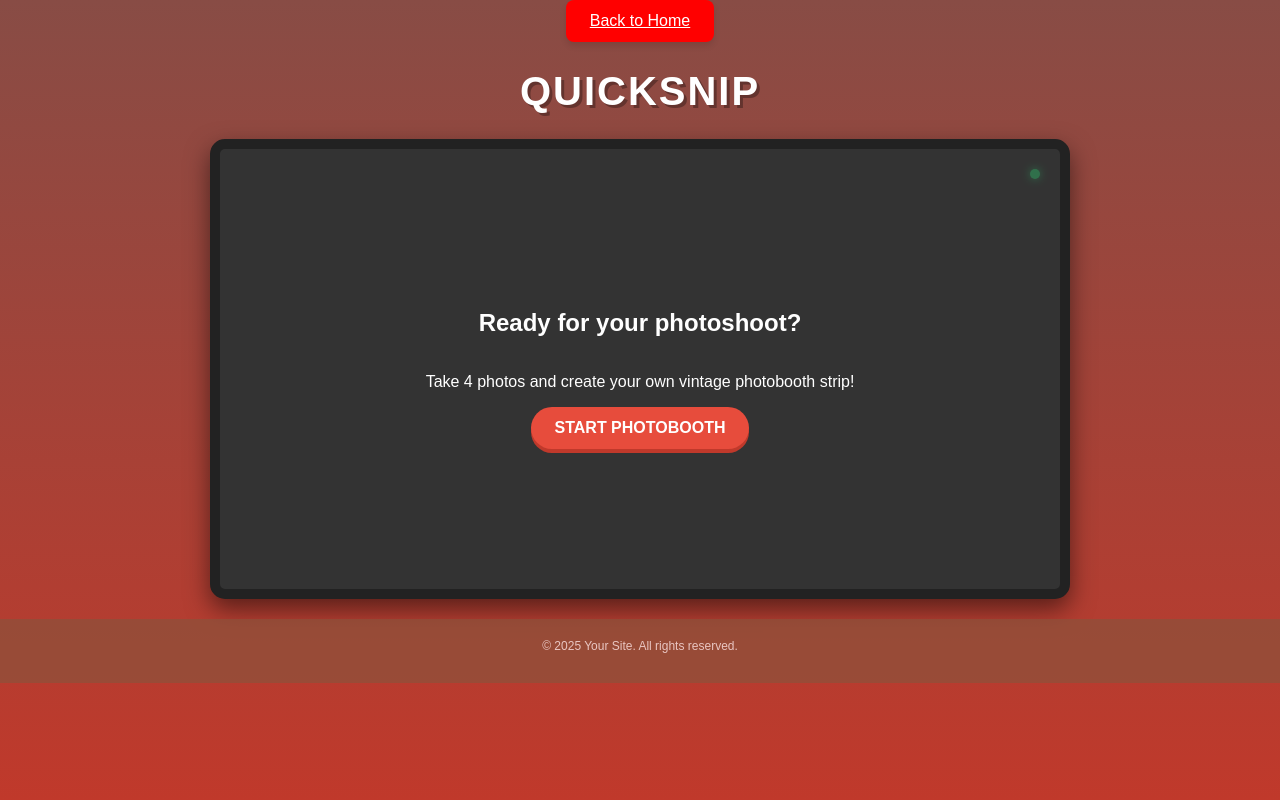
Repository: Strawb3rryjam/QuickSnip
Page: photobooth.html
These files come from the project's save history. The page is drawn as it stood at one moment and after the next save; the edit follows.
The browser window is 1280 px wide. The pictures show the whole page.
Some web fonts or font styles are not loaded; a fallback is used.

Above is the page before, as saved 2025-05-09 11:07:05.

### photobooth.html
<!DOCTYPE html>
<html lang="en">

<head>
    <meta charset="UTF-8">
    <meta name="viewport" content="width=device-width, initial-scale=1.0">
    <title>Retro Photobooth</title>
    <link rel="stylesheet" href="styles.css">

    <!--Font-->
    <link rel="preconnect" href="https://fonts.googleapis.com">
    <link rel="preconnect" href="https://fonts.gstatic.com" crossorigin>
    <link href="https://fonts.googleapis.com/css2?family=Titan+One&display=swap" rel="stylesheet">
</head>

<body>
    <a href="index.html" id="home" class="button">Back to Home</a>


    <h1>QUICKSNIP</h1>
    <div class="container">
        <div class="retro-light"></div>

        <div class="start-screen" id="startScreen">

            <h2>Ready for your photoshoot?</h2>
            <p>Take 4 photos and create your own vintage photobooth strip!</p>
            <button id="startButton">Start Photobooth</button>
        </div>

        <div class="camera-container" id="cameraContainer">
            <video id="camera" autoplay playsinline></video>
            <div class="countdown" id="countdown"></div>
            <div class="flash" id="flash"></div>
            <div class="loading-message" id="loadingMessage">Initializing camera...</div>
        </div>



        <div class="controls" id="cameraControls" style="display: none;">
            <button id="captureButton">Take Photos</button>
        </div>

        <div class="photostrip-container" id="photostripContainer">
            <div class="photostrip" id="photostrip">
                <div class="photostrip-branding">Retro Photobooth - April 28, 2025</div>
            </div>

            <div class="editor-tools">
                <div>
                    <h3>Border Color</h3>
                    <div class="color-picker" id="colorPicker">
                        <div class="color selected" style="background-color: white;" data-color="white"></div>
                        <div class="color" style="background-color: #ffcc00;" data-color="#ffcc00"></div>
                        <div class="color" style="background-color: #ff6b6b;" data-color="#ff6b6b"></div>
                        <div class="color" style="background-color: #48dbfb;" data-color="#48dbfb"></div>
                        <div class="color" style="background-color: #1dd1a1;" data-color="#1dd1a1"></div>
                        <div class="color" style="background-color: #f368e0;" data-color="#f368e0"></div>
                        <div class="color" style="background-color: #ff9f43;" data-color="#ff9f43"></div>
                        <div class="color" style="background-color: black;" data-color="black"></div>
                    </div>
                </div>

                <div>
                    <h3>Add Stickers</h3>
                    <div class="stickers" id="stickerPicker">
                        <div class="sticker">⭐</div>
                        <div class="sticker">❤️</div>
                        <div class="sticker">🌈</div>
                        <div class="sticker">😎</div>
                        <div class="sticker">🎉</div>
                        <div class="sticker">✨</div>
                        <div class="sticker">💯</div>
                        <div class="sticker">🔥</div>
                        <div class="sticker">👑</div>
                        <div class="sticker">🦄</div>
                    </div>
                </div>

                <button id="downloadButton">Download Photostrip</button>
                <button id="resetButton">Take New Photos</button>
            </div>
        </div>
    </div>

    <footer id="copyright">
        © 2025 Your Site. All rights reserved.
    </footer>

    <script src="https://cdnjs.cloudflare.com/ajax/libs/html2canvas/1.4.1/html2canvas.min.js"></script>
    <script src="scripts.js"></script>
    <script src="https://cdnjs.cloudflare.com/ajax/libs/html2canvas/1.4.1/html2canvas.min.js"></script>

</body>

</html>

### styles.css


body {
  font-family: 'titan-one-regular', sans-serif;
  background-color: #f0f0f0;
  margin: 0;
  padding: 0;
  padding-bottom: 80px;
  display: flex;
  flex-direction: column;
  align-items: center;
  min-height: 100vh;
  background-image: linear-gradient(to bottom, #884c45, #c0392b);
  color: white;
  text-align: center;
}

h1 {
  font-family: 'titan-one-regular', sans-serif;
  letter-spacing: 2px;
  font-size: 2.5rem;
  text-shadow: 3px 3px 0px rgba(0, 0, 0, 0.3);
  margin-bottom: 5px;
}


.photobooth-exterior {
  position: relative;
  width: 100vw;
  height: 100vh;
  overflow: hidden;
  display: flex;
  justify-content: center;
  align-items: center;
}



.entrance {
  position: absolute;
  top: 0;
  left: 0;
  width: 100%;
  height: 100%;
  object-fit: cover;
  object-position: center;
  z-index: -1;
}




#curtain {
  position: absolute;
  width: 20vw; /* Responsive width */
  height: 428px; /* Let it scale proportionally */
  left: 50%; /* Center-ish position */
  top: 35%;  /* Adjust as needed */
  transform: translate(-30%, -14%); /* Centers the image on its position point */
  object-fit: contain;
  cursor: pointer;
  z-index: 1; /* Above entrance image */
}


#home {
  background-color: red;
  color: white;
  border: none;
  padding: 12px 24px;
  border-radius: 8px;
  font-size: 16px;
  cursor: pointer;
  transition: background-color 0.3s ease;
  box-shadow: 0 4px 6px rgba(0, 0, 0, 0.1);
}

#home:hover {
  background-color: #e60000;
}




.container {
  max-width: 800px;
  width: 95%;
  background-color: #333;
  border-radius: 15px;
  padding: 20px;
  box-shadow: 0 10px 25px rgba(0, 0, 0, 0.5);
  margin: 20px 0;
  border: 10px solid #222;
  position: relative;
}

.start-screen {
  display: flex;
  flex-direction: column;
  align-items: center;
  justify-content: center;
  height: 400px;
}

.camera-container {
  position: relative;
  margin: 0 auto;
  width: 100%;
  max-width: 640px;
  border-radius: 8px;
  overflow: hidden;
  display: none;
}

#camera {
  width: 100%;
  height: auto;
  background-color: #222;
  border-radius: 8px;
  transform: scaleX(-1);
}

.controls {
  margin-top: 20px;
  display: flex;
  justify-content: center;
  flex-wrap: wrap;
  gap: 10px;
}

button {
  background-color: #e74c3c;
  color: white;
  border: none;
  padding: 12px 24px;
  font-size: 16px;
  border-radius: 30px;
  cursor: pointer;
  transition: all 0.3s;
  font-weight: bold;
  box-shadow: 0 4px 0 #c0392b;
  text-transform: uppercase;
}

button:hover {
  background-color: #c0392b;
  box-shadow: 0 2px 0 #9e2a1e;
  transform: translateY(2px);
}

button:active {
  transform: translateY(4px);
  box-shadow: none;
}

button:disabled {
  background-color: #999;
  box-shadow: none;
  cursor: not-allowed;
}

.countdown {
  position: absolute;
  top: 50%;
  left: 50%;
  transform: translate(-50%, -50%);
  font-size: 8rem;
  color: white;
  text-shadow: 0 0 10px #000;
  opacity: 0.8;
  display: none;
}

.flash {
  position: absolute;
  top: 0;
  left: 0;
  width: 100%;
  height: 100%;
  background-color: white;
  opacity: 0;
  transition: opacity 0.1s;
}

.photostrip-container {
  display: none;
  flex-direction: column;
  align-items: center;
  width: 100%;
}

.photostrip {
  display: flex;
  flex-direction: column;
  gap: 10px;
  background-color: white;
  padding: 20px;
  width: 240px;
  border-radius: 5px;
  box-shadow: 0 0 10px rgba(0,0,0,0.5);
  margin-bottom: 20px;
  position: relative;
}

.photostrip img {
  width: 100%;
  height: auto;
  border: 1px solid #ddd;
}

.photostrip-branding {
  color: #333;
  font-size: 12px;
  margin-top: 10px;
  text-align: center;
  font-family: 'Courier New', monospace;
}

.editor-tools {
  display: flex;
  flex-wrap: wrap;
  justify-content: center;
  gap: 10px;
  margin-top: 20px;
  width: 100%;
}

.color-picker {
  display: flex;
  flex-wrap: wrap;
  justify-content: center;
  gap: 5px;
  margin-bottom: 15px;
}

.color {
  width: 30px;
  height: 30px;
  border-radius: 50%;
  cursor: pointer;
  border: 2px solid transparent;
  transition: transform 0.2s;
}

.color:hover {
  transform: scale(1.2);
}

.color.selected {
  border: 2px solid white;
  box-shadow: 0 0 5px rgba(0,0,0,0.5);
}

.stickers {
  display: flex;
  flex-wrap: wrap;
  justify-content: center;
  gap: 10px;
  margin-bottom: 15px;
}

.sticker {
  font-size: 24px;
  cursor: pointer;
  background-color: rgba(255, 255, 255, 0.2);
  border-radius: 5px;
  padding: 5px;
  transition: transform 0.2s;
}

.sticker:hover {
  transform: scale(1.2);
}

.draggable-sticker {
  position: absolute;
  cursor: move;
  user-select: none;
  font-size: 24px;
}

.retro-light {
  position: absolute;
  width: 10px;
  height: 10px;
  background-color: #2ecc71;
  border-radius: 50%;
  top: 20px;
  right: 20px;
  box-shadow: 0 0 10px #2ecc71;
  animation: blink 2s infinite;
}

@keyframes blink {
  0%, 100% { opacity: 1; }
  50% { opacity: 0.4; }
}

.loading-message {
  font-size: 1.2rem;
  margin-bottom: 20px;
  animation: pulse 1.5s infinite;
}

@keyframes pulse {
  0%, 100% { opacity: 1; }
  50% { opacity: 0.5; }
}

#copyright {
  font-size: 12px;
  opacity: 0.7;
  text-align: center;
  background-color: #8C523B;
  padding: 20px 0 30px;
  width: 100%;
}


/* Photostrip printing animation */
@keyframes slideDown {
  0% {
    transform: translateY(-100%);
    filter: brightness(0);
  }
  30% {
    transform: translateY(0);
    filter: brightness(0);
  }
  100% {
    transform: translateY(0);
    filter: brightness(1);
  }
}

.photostrip {
  display: flex;
  flex-direction: column;
  gap: 10px;
  background-color: white;
  padding: 20px;
  width: 240px;
  border-radius: 5px;
  box-shadow: 0 0 10px rgba(0,0,0,0.5);
  margin-bottom: 20px;
  position: relative;
}

.photostrip.printing {
  animation: slideDown 3s ease-out forwards;
}

.photostrip.printing img {
  opacity: 0;
  animation: fadeIn 0.5s ease-out forwards;
}

/* Different delay for each photo to create sequential revealing effect */
.photostrip.printing img:nth-child(1) {
  animation-delay: 1.2s;
}

.photostrip.printing img:nth-child(2) {
  animation-delay: 1.7s;
}

.photostrip.printing img:nth-child(3) {
  animation-delay: 2.2s;
}

.photostrip.printing img:nth-child(4) {
  animation-delay: 2.7s;
}

.photostrip-branding.printing {
  opacity: 0;
  animation: fadeIn 0.5s ease-out forwards;
  animation-delay: 3s;
}

@keyframes fadeIn {
  from { opacity: 0; }
  to { opacity: 1; }
}

/* Printer sound effect styles */
.printer-sound {
  display: none;
}

/* Printing overlay effect */
.printing-overlay {
  position: fixed;
  top: 0;
  left: 0;
  width: 100%;
  height: 100%;
  background-color: rgba(0, 0, 0, 0.7);
  display: flex;
  justify-content: center;
  align-items: center;
  z-index: 1000;
  opacity: 0;
  pointer-events: none;
  transition: opacity 0.5s ease;
}

.printing-overlay.active {
  opacity: 1;
  pointer-events: auto;
}

.printing-message {
  font-size: 2rem;
  color: white;
  text-align: center;
  animation: pulse 1.5s infinite;
}

### scripts.js
document.addEventListener("DOMContentLoaded", () => {
  // DOM Elements
  const curtain = document.getElementById("curtain");

  if (curtain) {
    const frames = [
      "assets/curtain1.svg",
      "assets/curtain2.svg",
      "assets/curtain3.svg",
      "assets/curtain4.svg",
    ];

    let interval = 0;

    function animateCurtain(forward = true) {
      let index = forward ? 0 : frames.length - 1;
      clearInterval(interval);
      interval = setInterval(() => {
        curtain.src = frames[index];
        index = forward ? index + 1 : index - 1;
        if (index < 0 || index >= frames.length) clearInterval(interval);
      }, 100);
    }

    curtain.addEventListener("mouseenter", () => animateCurtain(true));
    curtain.addEventListener("mouseleave", () => animateCurtain(false));

    // 👉 Navigate to photobooth.html on click
    curtain.addEventListener("click", () => {
      window.location.href = "photobooth.html";
    });
  } else {
    console.error("Curtain element not found!");
  }

  // back to home button
  const homeButton = document.getElementById("home");
  if (homeButton) {
    homeButton.addEventListener("click", () => {
      window.location.href = "index.html";
    });
  }

  const startScreen = document.getElementById("startScreen");
  const cameraContainer = document.getElementById("cameraContainer");
  const camera = document.getElementById("camera");
  const captureButton = document.getElementById("captureButton");
  const startButton = document.getElementById("startButton");
  const cameraControls = document.getElementById("cameraControls");
  const countdown = document.getElementById("countdown");
  const flash = document.getElementById("flash");
  const photostripContainer = document.getElementById("photostripContainer");
  const photostrip = document.getElementById("photostrip");
  const downloadButton = document.getElementById("downloadButton");
  const resetButton = document.getElementById("resetButton");
  const colorPicker = document.getElementById("colorPicker");
  const stickerPicker = document.getElementById("stickerPicker");
  const loadingMessage = document.getElementById("loadingMessage");

  // App State
  let stream = null;
  let photosTaken = 0;
  const maxPhotos = 4;
  let photoElements = [];
  let isCountingDown = false;

  // Start the photobooth
  if (startButton) {
    startButton.addEventListener("click", initCamera);
  }

  // Initialize the camera
  async function initCamera() {
    startScreen.style.display = "none";
    cameraContainer.style.display = "block";

    try {
      stream = await navigator.mediaDevices.getUserMedia({
        video: {
          facingMode: "user",
          width: { ideal: 640 },
          height: { ideal: 480 },
        },
        audio: false,
      });

      camera.srcObject = stream;
      loadingMessage.style.display = "none";
      cameraControls.style.display = "flex";
      captureButton.addEventListener("click", startPhotoSequence);
    } catch (err) {
      loadingMessage.textContent = "Camera access denied or not available :(";
      console.error("Error accessing camera:", err);
    }
  }

  // Start the photo taking sequence
  function startPhotoSequence() {
    if (isCountingDown) return;

    isCountingDown = true;
    captureButton.disabled = true;
    startCountdown();
  }

  // Display countdown before taking photo
  function startCountdown() {
    let count = 3;
    countdown.textContent = count;
    countdown.style.display = "block";

    const countInterval = setInterval(() => {
      count--;

      if (count > 0) {
        countdown.textContent = count;
      } else {
        clearInterval(countInterval);
        countdown.style.display = "none";
        takePhoto();
      }
    }, 1000);
  }

  // Take a photo
  function takePhoto() {
    // Create flash effect
    flash.style.opacity = "0.8";
    setTimeout(() => {
      flash.style.opacity = "0";
    }, 100);

    // Create the canvas to capture the photo
    const canvas = document.createElement("canvas");
    const context = canvas.getContext("2d");

    // Set canvas dimensions to match the video
    canvas.width = camera.videoWidth;
    canvas.height = camera.videoHeight;

    // Draw the video frame on the canvas, flip horizontally
    context.translate(canvas.width, 0);
    context.scale(-1, 1);
    context.drawImage(camera, 0, 0, canvas.width, canvas.height);

    // Convert canvas to image
    const imgUrl = canvas.toDataURL("image/jpeg");

    // Add to photostrip
    photosTaken++;
    const photoElement = document.createElement("img");
    photoElement.src = imgUrl;
    photoElement.alt = `Photo ${photosTaken}`;
    photoElements.push(photoElement);

    // Check if we need to take more photos
    if (photosTaken < maxPhotos) {
      // Wait before next photo
      setTimeout(() => {
        isCountingDown = false;
        startCountdown();
      }, 1000);
    } else {
      // We're done taking photos
      finishPhotoSession();
    }
  }

  // Finish photo session and show the photostrip
  function finishPhotoSession() {
    // Stop camera
    if (stream) {
      stream.getTracks().forEach((track) => track.stop());
      stream = null;
    }

    // Hide camera UI
    cameraContainer.style.display = "none";
    cameraControls.style.display = "none";

    // Show printing overlay
    const printingOverlay = document.createElement("div");
    printingOverlay.className = "printing-overlay active";

    const printingMessage = document.createElement("div");
    printingMessage.className = "printing-message";
    printingMessage.textContent = "Printing your photos...";

    printingOverlay.appendChild(printingMessage);
    document.body.appendChild(printingOverlay);

    // Play printer sound
    const printerSound = document.getElementById("printerSound");
    if (printerSound) {
      printerSound.play();
    } else {
      // Fallback if the element doesn't exist in HTML
      const audioElement = document.createElement("audio");
      audioElement.className = "printer-sound";
      audioElement.src = "assets/printer-sound.mp3";
      audioElement.autoplay = true;
      document.body.appendChild(audioElement);
    }

    // Show photostrip container
    photostripContainer.style.display = "flex";

    // Add the printing class to photostrip
    photostrip.classList.add("printing");

    // Add printing class to branding
    const branding = photostrip.querySelector(".photostrip-branding");
    if (branding) {
      branding.classList.add("printing");
    }

    // Add photos to photostrip with a delay for the animation
    setTimeout(() => {
      for (let i = 0; i < photoElements.length; i++) {
        photostrip.appendChild(photoElements[i]);
      }

      // Remove the overlay after the animation completes
      setTimeout(() => {
        printingOverlay.classList.remove("active");
        setTimeout(() => {
          printingOverlay.remove();
          if (document.querySelector(".printer-sound")) {
            document.querySelector(".printer-sound").remove();
          }
        }, 500);
      }, 3200); // slightly longer than our animation

      // Initialize the editing tools
      initEditingTools();
    }, 300);
  }

  // Initialize editing tools for photostrip
  function initEditingTools() {
    // Color picker functionality
    if (colorPicker) {
      colorPicker.querySelectorAll(".color").forEach((colorEl) => {
        colorEl.addEventListener("click", () => {
          // Remove selected class from all colors
          colorPicker.querySelectorAll(".color").forEach((el) => {
            el.classList.remove("selected");
          });

          // Add selected class to clicked color
          colorEl.classList.add("selected");

          // Apply color to photostrip
          const selectedColor = colorEl.getAttribute("data-color");
          photostrip.style.backgroundColor = selectedColor;
        });
      });
    }

    // Sticker functionality
    if (stickerPicker) {
      stickerPicker.querySelectorAll(".sticker").forEach((stickerEl) => {
        stickerEl.addEventListener("click", () => {
          addSticker(stickerEl.textContent);
        });
      });
    }

    // Download button
    if (downloadButton) {
      downloadButton.addEventListener("click", downloadPhotostrip);
    }

    // Reset button
    if (resetButton) {
      resetButton.addEventListener("click", resetPhotobooth);
    }
  }

  // Add a draggable sticker to the photostrip
  function addSticker(emoji) {
    const sticker = document.createElement("div");
    sticker.classList.add("draggable-sticker");
    sticker.textContent = emoji;
    sticker.style.left = "50%";
    sticker.style.top = "50%";
    sticker.style.transform = "translate(-50%, -50%)";
    photostrip.appendChild(sticker);

    // Make sticker draggable
    let isDragging = false;
    let offsetX, offsetY;

    sticker.addEventListener("mousedown", (e) => {
      isDragging = true;
      const rect = sticker.getBoundingClientRect();
      offsetX = e.clientX - rect.left;
      offsetY = e.clientY - rect.top;
      sticker.style.zIndex = "1000";
    });

    document.addEventListener("mousemove", (e) => {
      if (!isDragging) return;

      const photoRect = photostrip.getBoundingClientRect();
      const x = e.clientX - photoRect.left - offsetX;
      const y = e.clientY - photoRect.top - offsetY;

      sticker.style.left = `${x}px`;
      sticker.style.top = `${y}px`;
      sticker.style.transform = "none";
    });

    document.addEventListener("mouseup", () => {
      isDragging = false;
      sticker.style.zIndex = "999";
    });

    // Touch support for mobile
    sticker.addEventListener("touchstart", (e) => {
      isDragging = true;
      const touch = e.touches[0];
      const rect = sticker.getBoundingClientRect();
      offsetX = touch.clientX - rect.left;
      offsetY = touch.clientY - rect.top;
      sticker.style.zIndex = "1000";
      e.preventDefault();
    });

    document.addEventListener("touchmove", (e) => {
      if (!isDragging) return;

      const touch = e.touches[0];
      const photoRect = photostrip.getBoundingClientRect();
      const x = touch.clientX - photoRect.left - offsetX;
      const y = touch.clientY - photoRect.top - offsetY;

      sticker.style.left = `${x}px`;
      sticker.style.top = `${y}px`;
      sticker.style.transform = "none";
      e.preventDefault();
    });

    document.addEventListener("touchend", () => {
      isDragging = false;
      sticker.style.zIndex = "999";
    });
  }

  // Download the photostrip
  function downloadPhotostrip() {
    // Remove printing class if it exists
    photostrip.classList.remove("printing");

    // Get all stickers to make sure they're included in the download
    const stickers = photostrip.querySelectorAll(".draggable-sticker");
    stickers.forEach((sticker) => {
      sticker.style.position = "absolute"; // Ensure position is maintained in screenshot
    });

    html2canvas(photostrip).then((canvas) => {
      const link = document.createElement("a");
      link.download = "retro-photostrip.jpg";
      link.href = canvas.toDataURL("image/jpeg", 0.8);
      link.click();
    });
  }

  // Reset the photobooth to start again
  function resetPhotobooth() {
    // Reset counters and arrays
    photosTaken = 0;
    photoElements = [];

    // Clear the photostrip
    const photos = photostrip.querySelectorAll("img");
    const stickers = photostrip.querySelectorAll(".draggable-sticker");

    photos.forEach((photo) => photo.remove());
    stickers.forEach((sticker) => sticker.remove());

    // Remove printing classes
    photostrip.classList.remove("printing");
    const branding = photostrip.querySelector(".photostrip-branding");
    if (branding) {
      branding.classList.remove("printing");
    }

    // Reset photostrip color
    photostrip.style.backgroundColor = "white";
    colorPicker.querySelectorAll(".color").forEach((el) => {
      el.classList.remove("selected");
    });
    colorPicker.querySelector('[data-color="white"]').classList.add("selected");

    // Hide photostrip and show start screen
    photostripContainer.style.display = "none";
    startScreen.style.display = "flex";

    // Reset buttons
    captureButton.disabled = false;
    isCountingDown = false;
  }
});

After the next save:
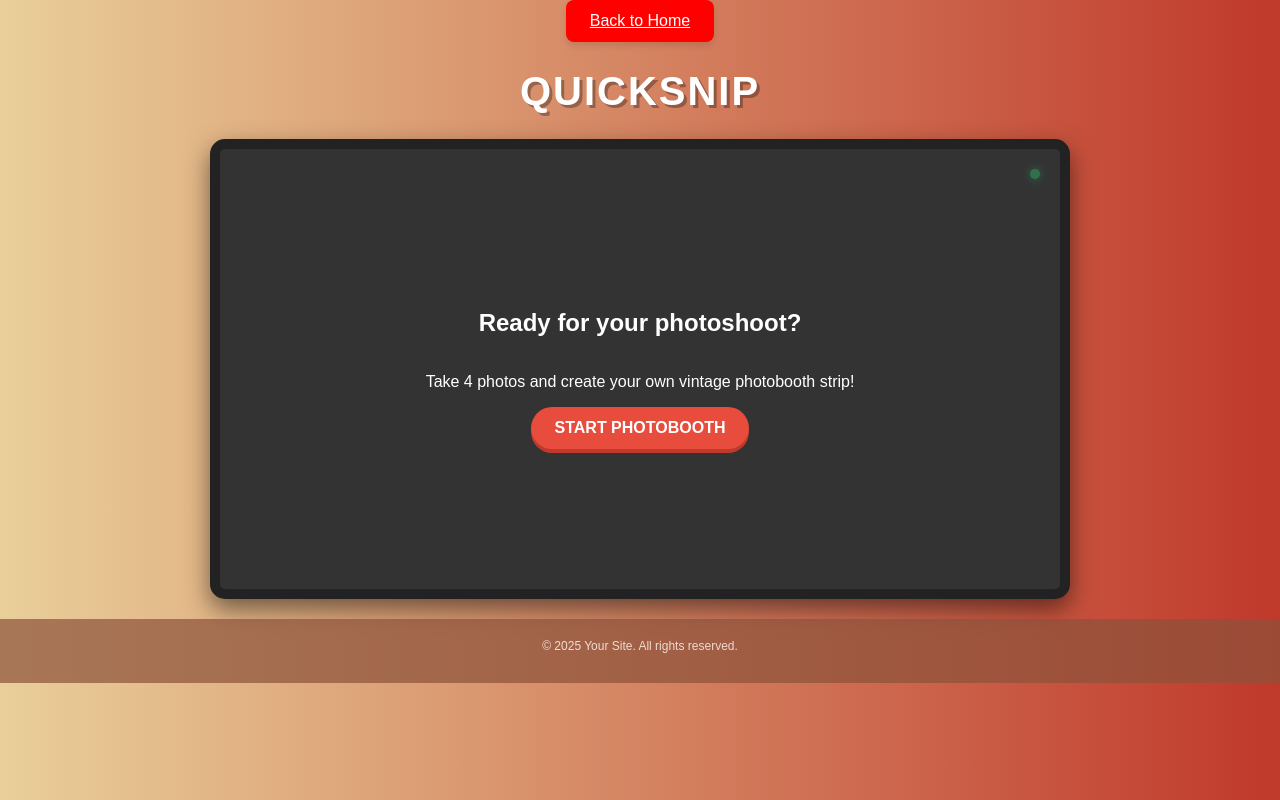
Saved 86 s later.
--- a/styles.css
+++ b/styles.css
@@ -10,7 +10,7 @@ body {
   flex-direction: column;
   align-items: center;
   min-height: 100vh;
-  background-image: linear-gradient(to bottom, #884c45, #c0392b);
+  background-image: linear-gradient(to right,#E9CF99, #c0392b);
   color: white;
   text-align: center;
 }
